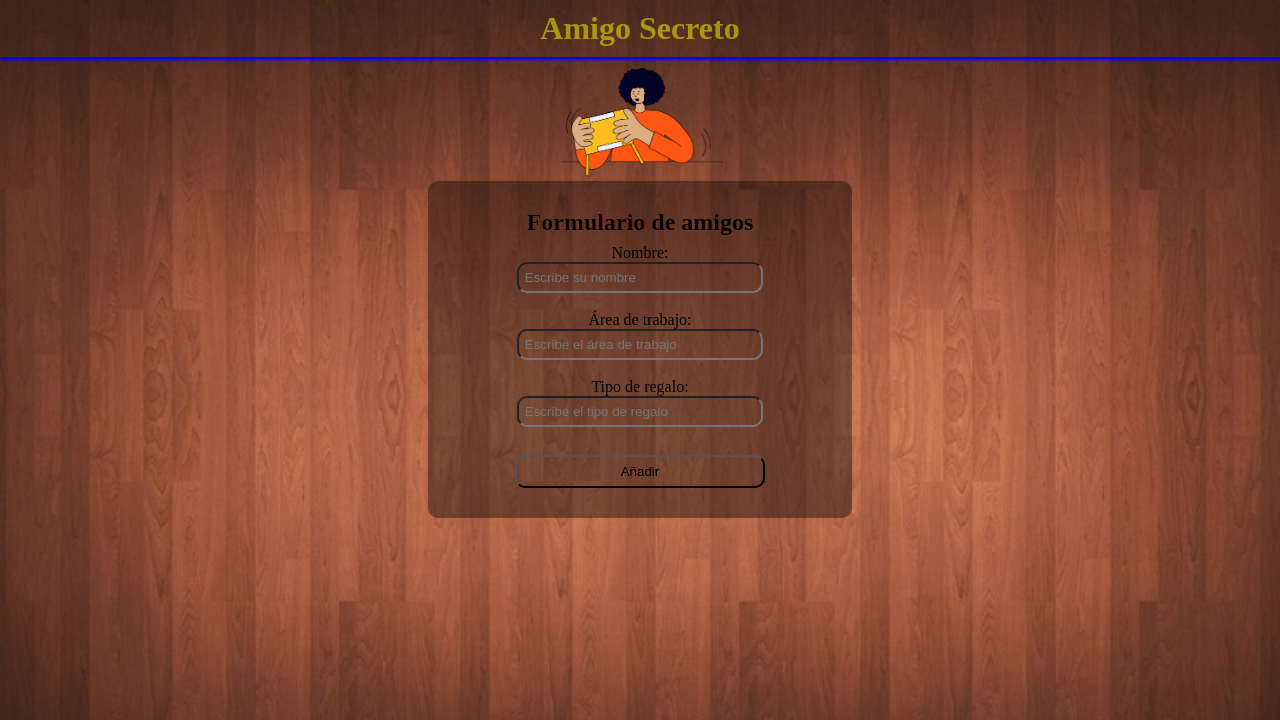
Repository: ye909/secreto
Page: index.html
An editor plug-in stored every save of this project. The page is shown before and after the next save, followed by the edit.
The browser window is 1280 px wide. The pictures show the whole page.

Above is the page before, as saved 2025-01-25 09:34:37.

### index.html
<!DOCTYPE html>
<html lang="es">

<head>
    <meta charset="UTF-8">
    <meta name="viewport" content="width=device-width, initial-scale=1.0">
    <title>Amigo Secreto</title>
    <link rel="stylesheet" href="./css/style.css">

<body>
     <main class="main-content" id="main-content">
        <header class="header-banner">
            <h1 class="title">Amigo Secreto</h1>
            <img src="./imagenes/amigosecreto.png" alt="Imagen representativa de amigo secreto">
        </header>

        <section class="container" id="container">
            <h2 class="title">Formulario de amigos</h2>

            <form id="formularioAmigo" class="form-inputs">
                <label for="nombre">Nombre:</label><br>
                <input type="text" id="nombre" class="input-name" placeholder="Escribe su nombre"><br><br>

                <label for="areaTrabajo">Área de trabajo:</label><br>
                <input type="text" id="areaTrabajo" class="input-area" placeholder="Escribe el área de trabajo"><br><br>

                <label for="tipoRegalo">Tipo de regalo:</label><br>
                <input type="text" id="tipoRegalo" class="input-regalo" placeholder="Escribe el tipo de regalo"><br><br>
<span id="mensaje"></span>

                <button class="button-add" id="button-add">Añadir</button>
            </form>


        </section>




    </main>
    <div class="containerbtnsorteo" id="containerbtnsorteo">
        <h2>Hola ya puedes dar click en el boton <br>🎉 para ver tu amigo/a secreto </h2>
        <button id="verResgistrados">😮 Registros amigos secreto</button>
        <br><br>

        <button class="sorteo" id="sorteo" > 👉 Sorteo amigo secreto</button>

       <button id="ver"></button>
    </div>



    <div class="datos_amigo" id="datos_amigo">
         <h2 id="info_datos"></h2>

    </div>

    <script src="./js/amigos.js"></script>
    <script src="./js/script.js"></script>
    <script  src =" https://cdn.jsdelivr.net/npm/canvas-confetti@1.9.3/dist/confetti.browser.min.js "> </script>
</head>
</body>

</html>

### css/style.css
* {
    padding: 0%;
    margin: 0;
    transition: all;
  }
  html {
    background-image: url(../imagenes/fondocard.jpg);
    background-size: cover;
    background-repeat: no-repeat;
    background-attachment: fixed;
    width: 100%;
    height: 100%;
  }

  .main-content {
    text-align: center;
  }
  .header-banner img {
    width: 15%;
  }



  .container {
    margin: 2px auto;
      width: 30%;
      background-color: rgba(6, 6, 6, 0.4);
      border-radius: 10px;
      padding: 20px;
  /* display: none; */
  }
  input {
    width:60%;
    padding: 6px;
    border-radius: 10px;
    background: transparent;
    color: white;
  }
  input:hover {
    color: black;

  }

  button {
    background-color: transparent;
    width:65%;
    justify-content: center;
    padding: 7px;
    border-radius: 10px;
    margin: 10px;

  }
  button:hover{
      background: blue;
      border: none;
      box-shadow: blue 2px 2px 2px 3px, blue 2px 2px 2px 3px, blue 2px 3px 3px 3px,
        blue 2px 2px 2px 3px;
  transition: 2s;
  }

  h1{
    text-align: center;
  padding: 10px;
  box-shadow: blue 2px 2px 2px 1px;
  color:rgba(255, 255, 0, 0.501);
  }
  h2{
      background-image:linear-gradient(to left,green, red, rgb(248, 244, 7));
      -webkit-animation-fill-color:transparent ;
      -webkit-background-clip: text;
      background-clip: text;
      padding: 8px;
      font-weight: bold;
      text-align: center;

  }


  .datos_amigo {

      display: none
    }
    .containerbtnsorteo{


      display:none;

    }
    .containerbtnsorteo button{
      width: 40%;
    margin-left: 400px;
    padding: 10px;
    cursor: pointer;
    }
    p{
      font-size: 20px;
      text-align: center;
      padding: 10px;
    }

### js/amigos.js
const amigos=[{
    nombre: "Juan",
    area:"logistica ",
    regalo:"zapatillas"

},
{
    nombre: "daniel",
      area:"recursos ",
      regalo:"reloj"
},
{
nombre:"anpara",
    area:"alministrador",
     regalo:"tualla"
},
{
    nombre: "Paola",
     area:"marketing ",
    regalo:"sudadera"
},
{
    nombre: "Pedro",
     area:"finansas",
    regalo:"libro"
}]



function seleccionarAmigoAleatorio(amigos) {


    const indiceAleatorio = Math.floor(Math.random() * amigos.length);
      return amigos[indiceAleatorio];
    }

    const amigoSeleccionado = seleccionarAmigoAleatorio(amigos);



    const nombrealeatoria = document.createElement("p");
    nombrealeatoria .textContent = `Amigo secreto :  ${  amigoSeleccionado.nombre} `;

    const arealeatoria = document.createElement("p");
    arealeatoria .textContent = `Area:  ${amigoSeleccionado.area} `;

    const regaloaleatoria = document.createElement("p");
    regaloaleatoria .textContent = `Regalo : ${amigoSeleccionado.regalo} `;

    datos_amigo.appendChild(nombrealeatoria );
     datos_amigo.appendChild(arealeatoria );
       datos_amigo.appendChild( regaloaleatoria );

// const ver= document.getElementById("ver")

// const info_datos = document.getElementById("info_datos")
// ver.addEventListener("submit",(e) =>{
// e.preventDefault()
// .innerHTML = amigos

// })

### js/script.js


const container = document.getElementById("container");
const containerbtnsorteo = document.getElementById("containerbtnsorteo");

 const formularioAmigo = document.getElementById("formularioAmigo");

 const datos_amigo =document.getElementById("datos_amigo")
const info_datos = document.getElementById("info_datos")
formularioAmigo.addEventListener("submit", (event) => {
  event.preventDefault(); // Evita que el formulario se envíe (si se trata de un formulario)


  const nombre = document.getElementById("nombre").value;
  const areaTrabajo = document.getElementById("areaTrabajo").value;
  const tipoRegalo = document.getElementById("tipoRegalo").value;
            // Crear un nuevo objeto amigo
            const nuevoAmigo = {
              nombre: nombre,
              area: areaTrabajo,
              regalo: tipoRegalo
          };

          // Añadir el nuevo amigo al array
          amigos.push(nuevoAmigo);


  if (nombre == "" ) {
    const mensaje = document.getElementById("mensaje");
    mensaje.innerHTML = "Por favor ingrese su nombre";


  }else{
    const titulo_data = document.createElement("p");
    titulo_data.innerHTML = ` BIENVENIDOS/A  <br> ${nombre}  `;
    info_datos.append(titulo_data);
    if (container) {
      container.style.display = "none";
      containerbtnsorteo.style.display = "inline";


    }
  }

  if (areaTrabajo) {

    const titulo_data = document.createElement("p");
    titulo_data.innerHTML = `Del area  de trabajo <br> ${areaTrabajo} `;
    info_datos.append(titulo_data);

   }
  if (tipoRegalo) {
  const Regalo = document.createElement("p");
  Regalo.innerHTML = `Tu regalo  ${tipoRegalo} <br> para el amigo  `;
  info_datos.append(Regalo);
;
  }
   if (nombre) {

    const titulo_data = document.createElement("p");
    titulo_data.innerHTML = ` ${nombre} <br> Te queremos felisitar por aser parte de esta actibidad <br>  por eso un te informamos cual es tu `;
    info_datos.append(titulo_data);

   }




// const verResgistrados=document.getElementById("verResgistrados")
// verResgistrados.addEventListener("click", () => {
//  datos_amigo.innerHTML=nuevoAmigo
//  alert(datos_amigo.nombre)
// } )

 });


 const sorteo = document.getElementById("sorteo");

 // Agrega un evento al hacer clic en el botón
 sorteo.addEventListener("click", () => {

 var end = Date.now() + (15 * 1000);

 // go Buckeyes!
 var colors = ['#bb0000', '#ffffff'];

 (function frame() {
   confetti({
     particleCount: 2,
     angle: 60,
     spread: 55,
     origin: { x: 0 },
     colors: colors
   });
   confetti({
     particleCount: 2,
     angle: 120,
     spread: 55,
     origin: { x: 1 },
     colors: colors
   });

   if (Date.now() < end) {
     requestAnimationFrame(frame);
   }
 }());
 datos_amigo.style.display = "inline";
 containerbtnsorteo.style.display = "none";
 });

After the next save:
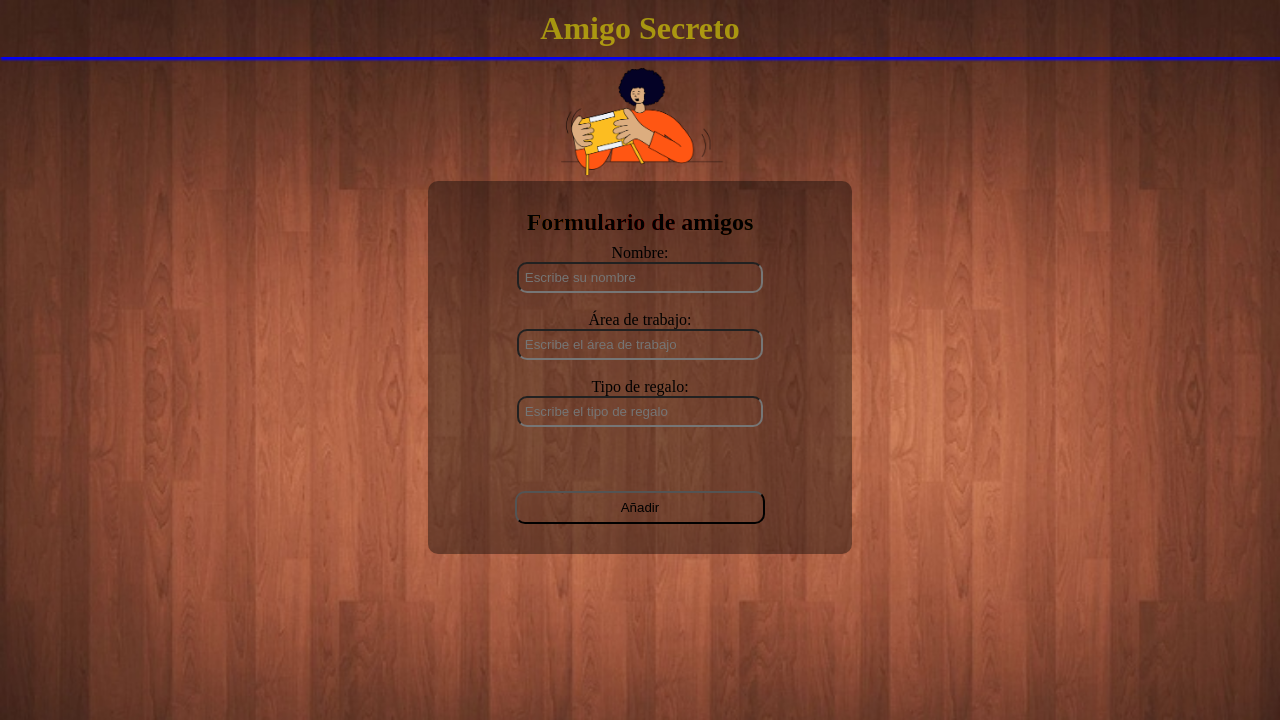
Saved 53 s later.
--- a/index.html
+++ b/index.html
@@ -26,8 +26,8 @@
 
                 <label for="tipoRegalo">Tipo de regalo:</label><br>
                 <input type="text" id="tipoRegalo" class="input-regalo" placeholder="Escribe el tipo de regalo"><br><br>
-<span id="mensaje"></span>
-
+<br><span id="mensaje"></span>
+<br>
                 <button class="button-add" id="button-add">Añadir</button>
             </form>
 
